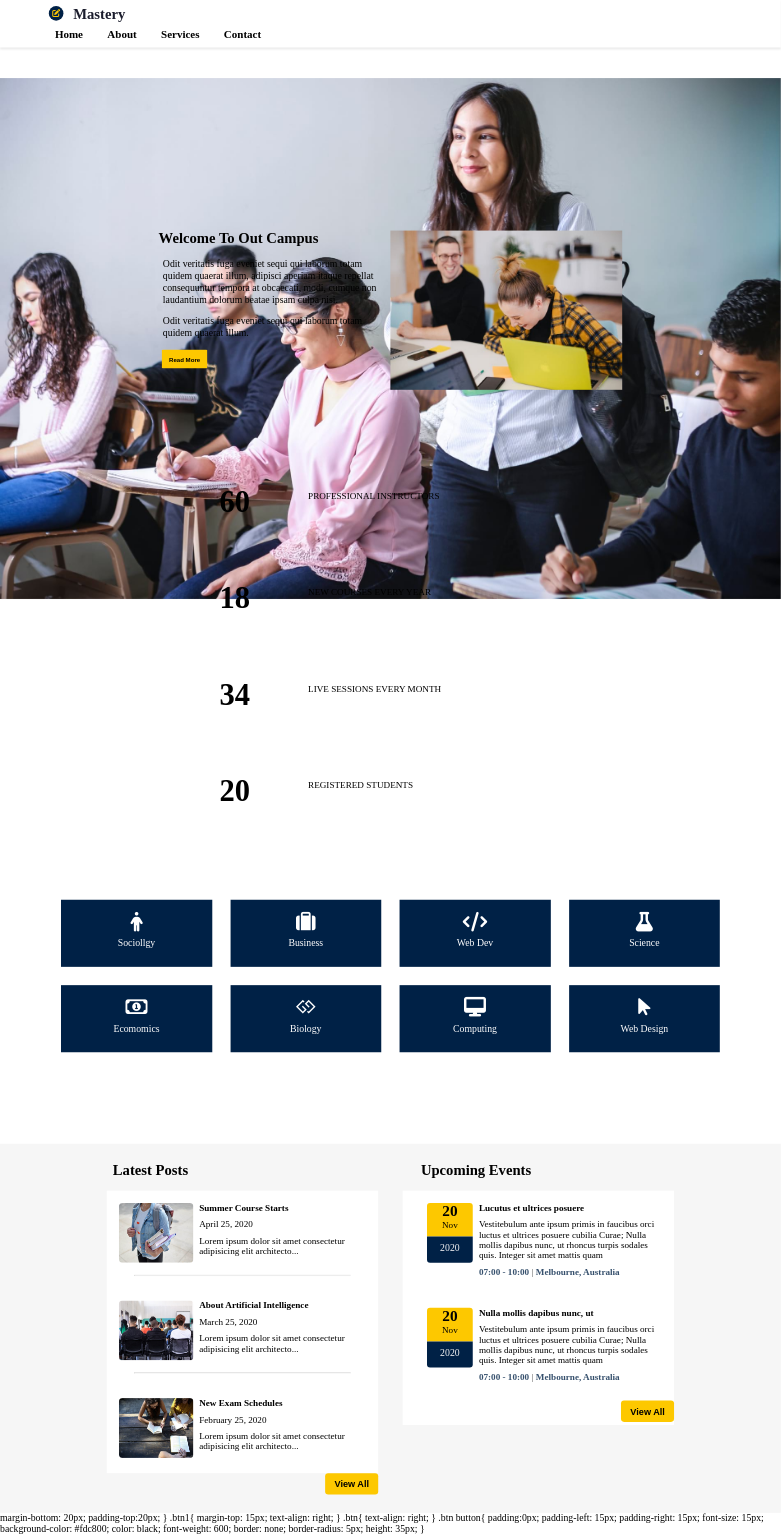
Repository: trminhphuc1504/Mastery
Page: index.html
An editor plug-in stored every save of this project. The page is shown before and after the next save, followed by the edit.
The browser window is 1280 px wide. The pictures show the whole page, at 61% of full size.
Some web libraries are served in a nearby version.

Above is the page before, as saved 2024-08-31 23:22:36.

### index.html
<!DOCTYPE html>
<html lang="en">
  <head>
    <meta charset="UTF-8" />
    <meta http-equiv="X-UA-Compatible" content="IE=edge" />
    <meta name="viewport" content="width=device-width, initial-scale=1.0" />

    <!-- Font Awesome -->
    <link
      rel="stylesheet"
      href="https://cdnjs.cloudflare.com/ajax/libs/font-awesome/6.6.0/css/all.min.css"
    />

    <link rel="stylesheet" href="./css/style.css" />
    <title>Mastery</title>
  </head>
  <body>
    <!-- Header -->
    <section id="header">
      <div class="container">
        <header>
          <div class="header-logo">
            <a href="#" class="logo">
              <i class="fa-solid fa-pen-to-square"> </i>
              <span class="header-title">Mastery</span>
            </a>
          </div>

          <nav class="header-nav">
            <ul>
              <li>
                <a href="#">Home</a>
              </li>
              <li>
                <a href="#">About</a>
              </li>
              <li>
                <a href="#">Services</a>
              </li>
              <li>
                <a href="#">Contact</a>
              </li>
            </ul>
          </nav>
        </header>
      </div>
    </section>

    <!-- poster -->
    <section id="poster">
      <div class="poster-img">
        <img src="./images/2.jpg" alt="poster" />
      </div>
    </section>

    <!-- banner -->

    <section id="banner">
      <div class="banner-content">
        <div class="banner-container">
          <div class="banner-item">
            <div id="left">
              <h2 class="banner-title">Welcome To Out Campus</h2>
              <p class="banner-desc">
                Odit veritatis fuga eveniet sequi qui laborum totam quidem
                quaerat illum, adipisci aperiam itaque repellat consequuntur
                tempora at obcaecati, modi, cumque non laudantium dolorum beatae
                ipsam culpa nisi.
              </p>
              <p>
                Odit veritatis fuga eveniet sequi qui laborum totam quidem
                quaerat illum.
              </p>
              <div class="banner-button">
                <button class="banner-btn"><b> Read More </b></button>
              </div>
            </div>
            <div id="right">
              <img src="./images/g1.jpg" alt="banner" />
            </div>
          </div>
        </div>
        <!-- <div class="banner-button">
          <button class="banner-btn"><b> Read More </b></button>
        </div> -->
        <!-- <div id="right">
          <img src="./images/g1.jpg" alt="banner" />
        </div> -->
      </div>
    </section>

    <!-- content -->
    <section id="content">
      <div class="content-container">
        <div class="content-content">
          <div class="content-item">
            <h3>60</h3>
            <p>Professional Instructors</p>
          </div>
          <div class="content-item">
            <h3>18</h3>
            <p>New Courses Every Year</p>
          </div>
          <div class="content-item">
            <h3>34</h3>
            <p>Live Sessions Every Month</p>
          </div>
          <div class="content-item">
            <h3>20</h3>
            <p>Registered Students</p>
          </div>
        </div>
      </div>
    </section>

    <section id="banner">
      <div class="banner-container">
        <div class="banner-content">
          <div class="banner-items">
            <div class="banner-slide">
              <i class="fa-solid fa-person"></i>
              <p>Sociollgy</p>
            </div>
          </div>
          <div class="banner-items">
            <div class="banner-slide">
              <i class="fa-solid fa-suitcase"></i>
              <p>Business</p>
            </div>
          </div>
          <div class="banner-items">
            <div class="banner-slide">
              <i class="fa-solid fa-code"></i>
              <p>Web Dev</p>
            </div>
          </div>
          <div class="banner-items">
            <div class="banner-slide">
              <i class="fa-solid fa-flask"></i>
              <p>Science</p>
            </div>
          </div>
          <div class="banner-items">
            <div class="banner-slide">
              <i class="fa-regular fa-money-bill-1"></i>
              <p>Ecomomics</p>
            </div>
          </div>
          <div class="banner-items">
            <div class="banner-slide">
              <i class="fa-brands fa-gg"></i>
              <p>Biology</p>
            </div>
          </div>
          <div class="banner-items">
            <div class="banner-slide">
              <i class="fa-solid fa-desktop"></i>
              <p>Computing</p>
            </div>
          </div>
          <div class="banner-items">
            <div class="banner-slide">
              <i class="fa-solid fa-arrow-pointer"></i>
              <p>Web Design</p>
            </div>
          </div>
        </div>
      </div>
    </section>

    <section id="poster">
      <div class="content">
        <div class="content-container">
          <div class="content-items">
            <div class="show-content">
              <h2 style="padding-left: 10px">Latest Posts</h2>
              <div class="last-posts">
                <div class="posts">
                  <img src="./images/g9.jpg" alt="" />
                  <div class="text">
                    <h4>Summer Course Starts</h4>
                    <p id="date">April 25, 2020</p>
                    <p>
                      Lorem ipsum dolor sit amet consectetur adipisicing elit
                      architecto...
                    </p>
                  </div>
                </div>
                <hr />
                <div class="posts">
                  <img src="./images/g10.jpg" alt="" />
                  <div class="text">
                    <h4>About Artificial Intelligence</h4>
                    <p id="date">March 25, 2020</p>
                    <p>
                      Lorem ipsum dolor sit amet consectetur adipisicing elit
                      architecto...
                    </p>
                  </div>
                </div>
                <hr />
                <div class="posts">
                  <img src="./images/g8.jpg" alt="" />
                  <div class="text">
                    <h4>New Exam Schedules</h4>
                    <p id="date">February 25, 2020</p>
                    <p>
                      Lorem ipsum dolor sit amet consectetur adipisicing elit
                      architecto...
                    </p>
                  </div>
                </div>
              </div>
              <div class="btn btn1">
                <button>View All</button>
              </div>
            </div>
            <div class="show-content">
              <h2 style="padding-left: 30px">Upcoming Events</h2>
              <div class="upcoming-events">
                <div class="posts">
                  <div class="card">
                    <div class="card__top">
                      <p style="font-weight: 900; font-size: 25px; padding: 0">
                        20
                      </p>
                      <p style="font-size: 15px">Nov</p>
                    </div>
                    <div class="card__bottom">
                      <p style="padding-left: 10px">2020</p>
                    </div>
                  </div>
                  <div class="text">
                    <h4 style="padding-bottom: 10px">
                      Lucutus et ultrices posuere
                    </h4>
                    <p>
                      Vestitebulum ante ipsum primis in faucibus orci luctus et
                      ultrices posuere cubilia Curae; Nulla mollis dapibus nunc,
                      ut rhoncus turpis sodales quis. Integer sit amet mattis
                      quam
                    </p>
                    <p style="color: #36506d; font-weight: 600">
                      07:00 - 10:00
                      <span style="color: gray">|</span> Melbourne, Australia
                    </p>
                  </div>
                </div>
                <div class="posts">
                  <div class="card">
                    <div class="card__top">
                      <p style="font-weight: 900; font-size: 25px; padding: 0">
                        20
                      </p>
                      <p style="font-size: 15px">Nov</p>
                    </div>
                    <div class="card__bottom">
                      <p style="padding-left: 10px">2020</p>
                    </div>
                  </div>
                  <div class="text">
                    <h4 style="padding-bottom: 10px">
                      Nulla mollis dapibus nunc, ut
                    </h4>
                    <p>
                      Vestitebulum ante ipsum primis in faucibus orci luctus et
                      ultrices posuere cubilia Curae; Nulla mollis dapibus nunc,
                      ut rhoncus turpis sodales quis. Integer sit amet mattis
                      quam
                    </p>
                    <p style="color: #36506d; font-weight: 600">
                      07:00 - 10:00
                      <span style="color: gray">|</span> Melbourne, Australia
                    </p>
                  </div>
                </div>
                <div class="btn">
                  <button>View All</button>
                </div>
              </div>
            </div>
          </div>
        </div>
      </div>
      margin-bottom: 20px; padding-top:20px; } .btn1{ margin-top: 15px;
      text-align: right; } .btn{ text-align: right; } .btn button{ padding:0px;
      padding-left: 15px; padding-right: 15px; font-size: 15px;
      background-color: #fdc800; color: black; font-weight: 600; border: none;
      border-radius: 5px; height: 35px; }
    </section>
  </body>
</html>

### css/style.css
* {
    margin: 0;
    padding: 0;
    box-sizing: border-box;
}

a{
    text-decoration: none;
}

.container{
    /* max-width: 1200px; */
    margin: auto;
}



/* header .header-logo{
    background-color:pink;
    padding: 20px ;
} */

/* Header */

header{
    background-color:white;
    padding: 10px 0;
    box-shadow: 0 2px 4px rgba(0, 0, 0, 0.1);
}

.header-logo{
    display: flex;
    align-items:center;
    margin-left: 80px;
    margin-bottom: 10px;
}

.logo{
    font-size:24px;
    text-decoration: none;
    text-align: center;

}

.logo i{
    width: 24px;
    height: 24px;
    margin-right: 10px;
    line-height: 24px;
    border-radius:50%;
    background-color:#002146;
    font-size: 13px;
    vertical-align: top;
    color:#FDC800;
    display: inline-block;
}


.header-nav ul{
    list-style: none;
    display: flex;
    gap: 40px;
    display: flex;
    align-items: center;
    margin-left:90px;
}


.logo .header-title{
    color:#1B1D2D;
    font-weight: 700;
}


.header-nav ul li a{
    font-size:18px;
    color:#000;
    font-weight: 600;
}

/* Poster */
.poster-img img{
    width:100%;
}

/* Banner */
.banner-content .banner-container{
    margin:auto;
    width:75%;
    padding-top: 50px;
    /* padding-bottom: 120px; */
}

 .banner-content .banner-container .banner-item #left{
    float:left;
    width: 50%;
}

 /* .banner-content .banner-container{
    padding-top: 50px;
} */

.banner-content .banner-container .banner-item #right{
    float:right;
    width: 50%;
}

 .banner-content .banner-container .banner-item #right img{
    width: 100%;
}

.banner-content .banner-container .banner-item #left .banner-title{
    padding-bottom: 10px;
}

/* .banner-content .banner-container .banner-item #left .banner-title .banner-desc p{
    margin-bottom: 30px;
    margin-top: 20px;
} */

#left p{
    padding: 7px;
    line-height: 20px;
    /* margin-top: px; */
}



.banner-button .banner-btn{
    background-color:#FDC800;
    padding: 5px 10px;
    font-weight: 400;
    font-size: 15px;
    outline: none;
    border:2px solid transparent;
    margin: 10px 5px;
    border-radius:5%;
}

.banner-button .banner-btn b{
    font-size: 10px;
}


/* Content */
#poster {
    margin-top: 50px;
    background-color: #F6F6F6;
    height: 150px;
}

.contents-container .content-content{
    display: flex;
    --number-item:4
    --gap:50px
    gap: var(--gap);
    /* gap:50px; */
}

.content-content .content-item{
    display: flex;
    gap:5px;
    padding: 50px 200px;
    width: calc((100% - calc(var(--number-item) - 1) * var(--gap)) / var(--number-item));
}



.content-content .content-item h3{
    font-size: 50px;
    width: 25%;
}

.content-content .content-item p{
    text-transform: uppercase;
    font-size: 15px;
    padding-top: 10px;
    width: 50%;
    font-weight: 500;
    line-height: 20px;
}


/* Banner */
#banner .banner-container{
    padding:100px;
    /* display: flex;
    justify-content:center;
    align-items:center; */
    /* height: 100vh; */
    /* position: relative; */

}

#banner .banner-content{
    display: flex;
    flex-wrap: wrap;
    justify-content: space-between;
    --number-item:4;
    --gap:30px;
    gap:var(--gap);
    /* width: 50%;
    top: 50%;
    left: 50%;
    transform: translate(-50%,-50%); */

}

#banner .banner-items{
    width: calc((100% - calc(var(--number-item) - 1) * var(--gap)) / var(--number-item));
    box-sizing:border-box;
}

#banner .banner-slide{
    padding:20px 10px;
    background-color:#002146;
    display: flex;
    flex-direction: column;
    align-items:center;
    justify-content: center;
    text-align: center;
}

.banner-slide p{
    color:#fff;
    margin-top: 10px;
}

.banner-slide i{
    color:#fff;
    /* 1rem = 16px */
    font-size: 2rem;
}

/* Poster */
/* General Styles */
.content {
    padding: 30px 20px;
    background-color: #F6F6F6;
}

.content-container {
    margin: auto;
    width: 75%;
}

.content-items {
    --number-item: 2;
    --gap: 40px;
    display: flex;
    gap: var(--gap);
}

.show-content {
    width: calc((100% - (var(--number-item) - 1) * var(--gap)) / var(--number-item));
}

.latest-posts-title,
.upcoming-events-title {
    padding-left: 10px;
}

.last-posts,
.upcoming-events {
    background-color: white;
    padding-bottom: 5px;
}

.posts {
    display: flex;
    gap: 10px;
    margin: 20px;
    padding-top: 20px;
}

.posts img {
    width: 30%;
    border-radius: 6px;
}

.text {
    font-size: 15px;
}

.date {
    color: gray;
}

h4, p {
    padding-bottom: 10px;
}

hr {
    margin: 0px 45px;
    opacity: 0.5;
}

/* Card Styles */
.card {
    padding-left: 20px;
    width: 70%;
    text-align: center;
}

.card__top {
    padding: 0;
    background-color: #fdc800;
    color: black;
    border-radius: 5px 5px 0 0;
}

.card__bottom {
    background-color: #002146;
    color: #F6F6F6;
    padding: 10px;
    padding-left: 0;
    padding-bottom: 5px;
    border-radius: 0 0 5px 5px;
}

/* Button Styles */
.btn1, .btn {
    text-align: right;
}

.btn button {
    padding: 0 15px;
    font-size: 15px;
    background-color: #fdc800;
    color: black;
    font-weight: 600;
    border: none;
    border-radius: 5px;
    height: 35px;
}

/* Item Styles */
.show-item .item-container {
    padding: 50px 300px;
    --number-item: 4;
    --gap: 40px;
    display: flex;
    flex-wrap: wrap;
    gap: var(--gap);
    justify-content: space-between;
}

.show-item .item-container .items {
    width: calc((100% - ((var(--number-item) - 1) * var(--gap))) / var(--number-item));
    height: 120px;
    background-color: #002147;
    color: white;
    display: flex;
    justify-content: center;
    padding: 20px 0;
    cursor: grab;
    border-radius: 5px;
}

.show-item .item-container .items .icon {
    padding: 30px 5px;
    display: flex;
    flex-direction: column;
    align-items: center;
    justify-content: center;
    text-align: center;
}

.show-item .item-container .items .icon i {
    font-size: 30px;
    padding-bottom: 20px;
}

.show-item .item-container .items .icon p {
    font-size: 15px;
}

After the next save:
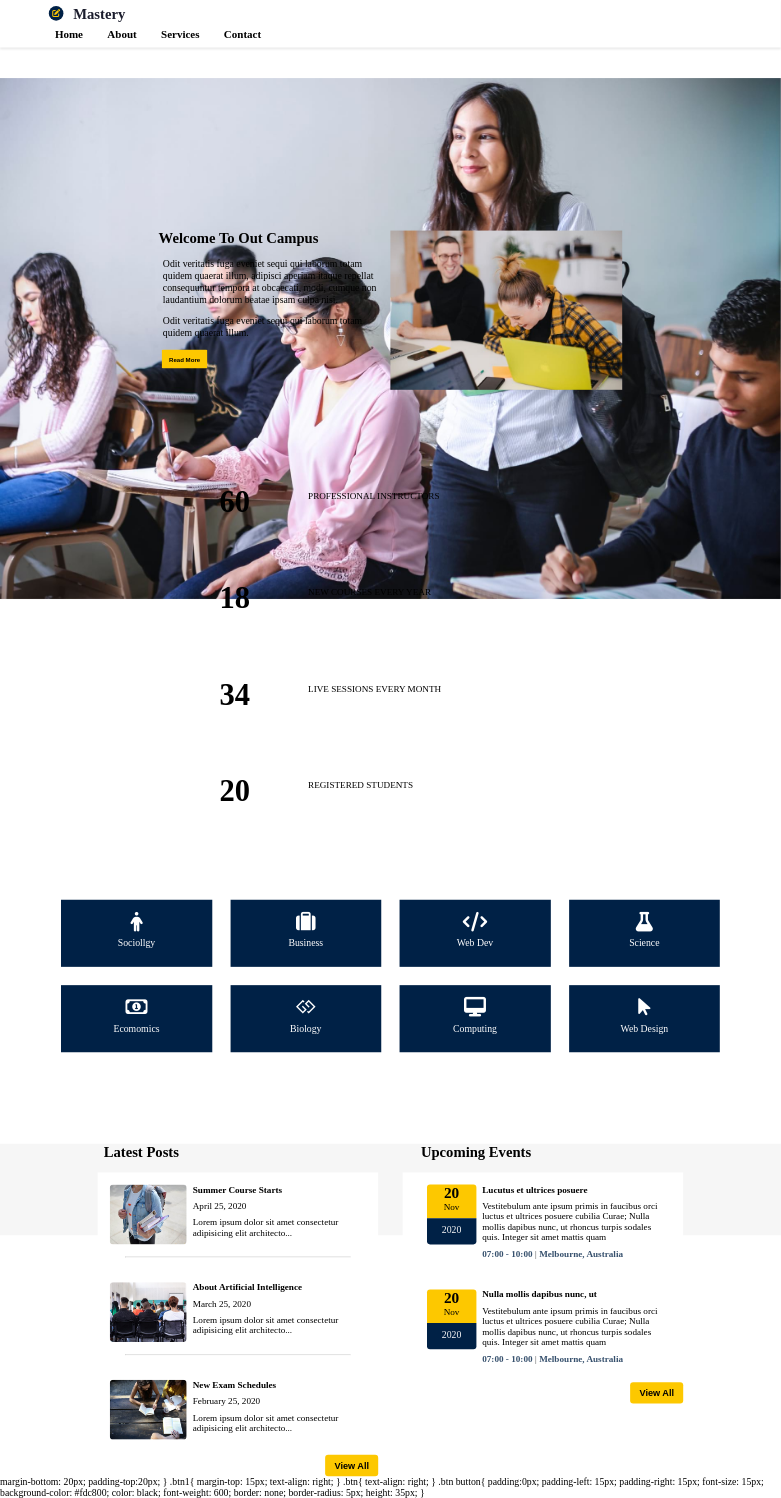
Saved 15 s later.
--- a/index.html
+++ b/index.html
@@ -169,7 +169,6 @@
     </section>
 
     <section id="poster">
-      <div class="content">
         <div class="content-container">
           <div class="content-items">
             <div class="show-content">
